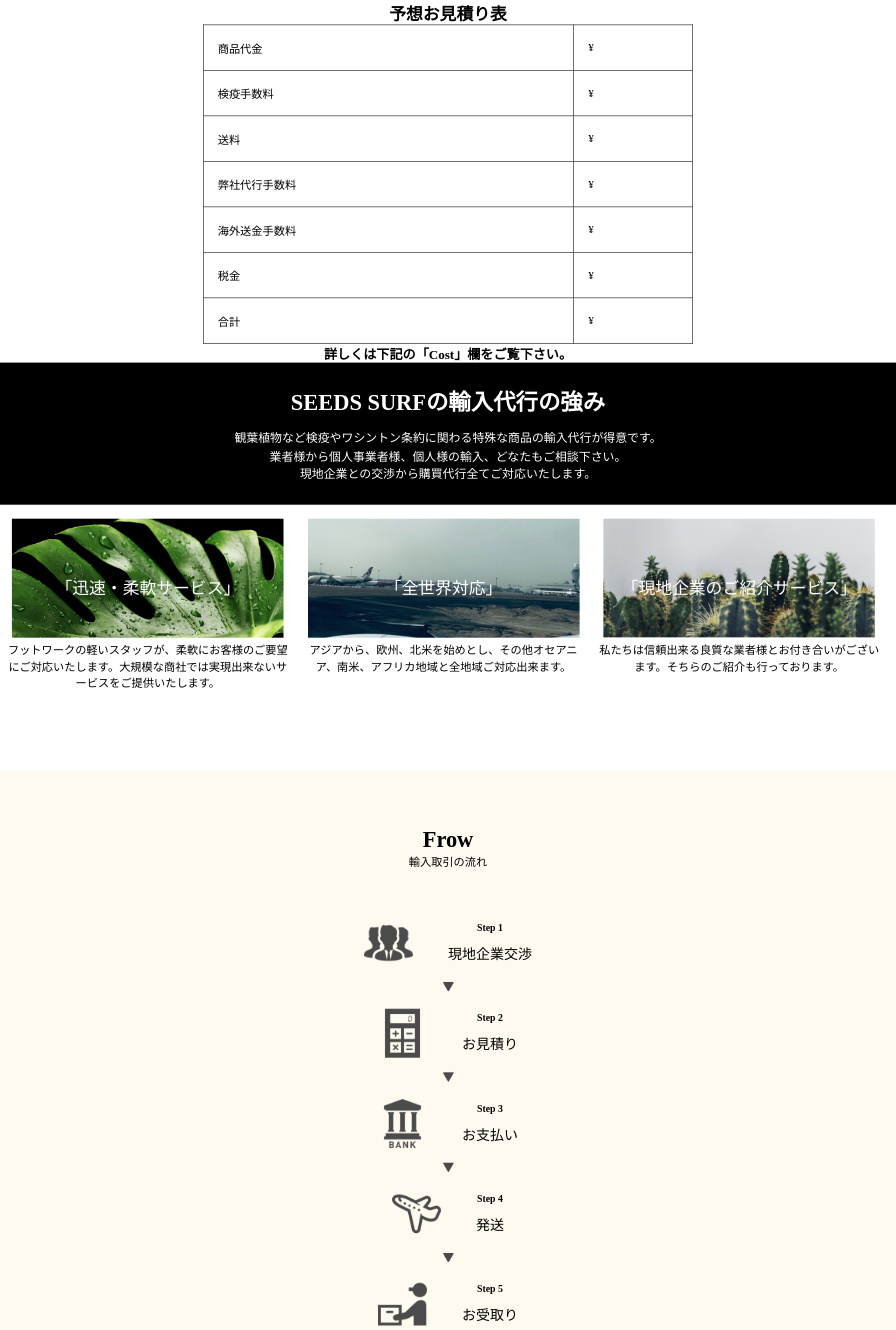
Repository: Seiya00002/seeds-surf-lp
Page: index.html
An editor plug-in stored every save of this project. The page is shown before and after the next save, followed by the edit.
The browser window is 1280 px wide. The pictures show the part of the page from y = 570 to 2470 px (the page is 4611 px tall before and 4093 px after), at 70% of full size.

Above is the page before, as saved 2023-07-15 09:25:07.

### index.html
<!DOCTYPE html>
<html lang="ja">
<head>
    <meta charset="UTF-8">
    <meta http-equiv="X-UA-Compatible" content="IE=edge">
    <meta name="viewport" content="width=device-width, initial-scale=1.0">
    <title>輸入代行SEEDS SURF</title>
    <link rel="stylesheet" href="css/style.css">
</head>
<body>
    <header>
        <div class="header_left">
            <img src="img/sslogo.jpg"
                alt="logo"
                width="40"
                height="40"
                class="logo">
            <h1>輸入代行サービス</h1>

        </div>
        <div class="header_right">
            <img src="img/tel_logo.png"
                alt="tel_logo"
                width="35"
                height="35"
                class="tel_logo">
            <div class="header_contact">
                <h2>090-3048-2693</h2>
                <p>（平日9:00 ~ 18:00）</p>
            </div>
        </div>
    </header>

    <main>
        <div class="top_wrapper">
            <div class="container">
                <div class="hero_message">
                    <div class="calculation-app">
                        <h2>お見積り計算シュミレーション</h2>

                            <p>仕入れ先の地域を選択して下さい。</p>
                            <form name="form1">
                                <select name="place">
                                    <option value="1.2">北米</option>
                                    <option value="1.2">ヨーロッパ</option>
                                    <option value="1">アジア</option>
                                </select>
                            </form>

                            <p>箱のサイズの予想を選択して下さい。</p>
                            <form name="form2">
                                <select name="box">
                                    <option value="18350">15kg</option>
                                    <option value="13350">10kg</option>
                                    <option value="8150">5kg</option>
                                </select>
                            </form>
                            <p>およその商品代金を入力して下さい。</p>
                            <label>￥</label><input
                            type="text"
                            id="price"
                            value=""
                            placeholder="200,000"
                            maxlength="7"
                            size="10"
                            ></label>

                            <br>
                            <br>
                            <input type="button" id="button" value="計算Go!!" />

                    </div>
                </div>
            </div>
        </div>


        <!-- お見積り表 -->
    <div class="estimate_wrapper">
        <div class="container">
            <h2>予想お見積り表</h2>
            <table align="center">
                <tr>
                    <td>商品代金</td>
                    <td>¥<span id="span2"></span></td>
                </tr>
                <tr>
                    <td>検疫手数料</td>
                    <td>¥<span id="span3"></span></td>
                </tr>
                <tr>
                    <td>送料</td>
                    <td>¥<span id="span4"></span></td>
                </tr>
                <tr>
                    <td>弊社代行手数料</td>
                    <td>¥<span id="span5"></span></td>
                </tr>
                <tr>
                    <td>海外送金手数料</td>
                    <td>¥<span id="span6"></span></td>
                </tr>
                <tr>
                    <td>税金</td>
                    <td>¥<span id="span7"></span></td>
                </tr>
                <tr>
                  <td>合計</td>
                  <td>¥<span id="span1"></span></td>
              </tr>
            </table>
            <h3>詳しくは下記の「Cost」欄をご覧下さい。</h3>
        </div>
    </div>






        <div class="top_message">
            <div class="container">
                <div class="message">
                    <h1>SEEDS SURFの輸入代行の強み</h1>
                    <p>観葉植物など検疫やワシントン条約に関わる特殊な商品の輸入代行が得意です。<br>業者様から個人事業者様、個人様の輸入、どなたもご相談下さい。<br>現地企業との交渉から購買代行全てご対応いたします。</p>

                </div>
            </div>
        </div>
        <div class="project_wrapper">
            <div class="container">
                <div class="projects">
                    <div class="project">
                        <div class="project_icon">
                            <img src="img/project_imag1.jpg">
                            <h2>「迅速・柔軟サービス」</h2>
                        </div>
                        <p class="text_contents">フットワークの軽いスタッフが、柔軟にお客様のご要望にご対応いたします。大規模な商社では実現出来ないサービスをご提供いたします。</p>

                    </div>
                    <div class="project">
                        <div class="project_icon">
                            <img src="img/pro_airport.jpg">
                            <h2>「全世界対応」</h2>
                        </div>
                        <p class="text_contents">アジアから、欧州、北米を始めとし、その他オセアニア、南米、アフリカ地域と全地域ご対応出来ます。</p>

                    </div>
                    <div class="project">
                        <div class="project_icon">
                            <img src="img/project_img3.jpg">
                            <h2>「現地企業のご紹介サービス」</h2>
                        </div>
                        <p class="text_contents">私たちは信頼出来る良質な業者様とお付き合いがございます。そちらのご紹介も行っております。</p>
                    </div>
                        <div class="clear"></div>

                </div>
            </div>
        </div>
        <div class="service_wrapper">
            <div class="container">
                <div class="service_heading">
                    <h1>Frow</h1>
                    <p>輸入取引の流れ</p>
                </div>
                <div class="step">
                    <img src="img/person_img.png"
                    class="step_icon">
                    <div class="step_cont">
                        <h2>Step 1</h2>
                        <p>現地企業交渉</p>
                    </div>
                </div>
                <img src="img/down_img.png" class="step_icon2">

                <div class="step">
                    <img src="img/cal_img.png"
                    class="step_icon">
                    <div class="step_cont">
                        <h2>Step 2</h2>
                        <p>お見積り</p>
                    </div>
                </div>
                <img src="img/down_img.png" class="step_icon2">

                <div class="step">
                    <img src="img/bank_img.png"
                    class="step_icon">
                    <div class="step_cont">
                        <h2>Step 3</h2>
                        <p>お支払い</p>
                    </div>
                </div>
                <img src="img/down_img.png" class="step_icon2">
                <div class="step">
                    <img src="img/airp_imag.png"
                    class="step_icon">
                    <div class="step_cont">
                        <h2>Step 4</h2>
                        <p>発送</p>
                    </div>
                </div>
                <img src="img/down_img.png" class="step_icon2">
                <div class="step">
                    <img src="img/drivery_img.png"
                    class="step_icon">
                    <div class="step_cont">
                        <h2>Step 5</h2>
                        <p>お受取り</p>
                    </div>
                </div>
            </div>
        </div>

        <div class="slide_wrapper">
            <div id="slide" class="slideshow">
                <p class="disc">SEEDS SURF</p>
                <a class="arrow next" id="right" href="#"></a>
                <a class="arrow back" id="left" href="#"></a>
            </div>




        </div>
        <div class="cost_wrapper">
            <div class="container">
                <div class="cost_heading">
                    <h1>Cost</h1>
                    <p>料金について</p>
                </div>
                <div class="cost_cont">
                    <div class="list01">
                        <p>商品代金</p>
                    </div>
                    <div class="list01">
                        <p>検疫手数料</p>
                    </div>
                    <div class="list01">
                        <p>輸送費用</p>
                    </div>
                    <div class="list02">
                        <p>税金</p>
                    </div>
                    <div class="list02">
                        <p>振込手数料</p>
                    </div>
                    <div class="list02">
                        <p>輸入代行手数料</p>
                    </div>
                    <!-- <div class="clear"></div> -->
                </div>
                <div class="cost_message">
                    <h1>総額を確認してから、ご依頼をお決めいただけます。</h1>
                    <p>SEEDS SURFでの過去の取引よりお見積り例をご案内できますので、まずはお気軽にご相談下さい。</p>
                </div>
            </div>
        </div>
        <div class="contact_wrapper">
            <div class="container">
                <h1>ご不明な点はありますか？</h1>
                <p>些細なことでも構いません。<br>サービスについてご不明点があれば、まずはお問い合わせください。</p>
                <a href="https://seeds-surf.com/%e3%81%8a%e5%95%8f%e3%81%84%e5%90%88%e3%82%8f%e3%81%9b/" class="btn contact">お問い合わせはこちら</a>
                <h2>090-3048-2693</h2>
                <p>平日10：00〜19：00<br>上記時間外はメールフォームよりお問い合わせ下さい。</p>
            </div>
        </div>
        <div class="company_wrapper">
            <div class="container">
                <h1>Company</h1>
                <p>会社概要</p>
                <table align="center">
                    <tr>
                        <td>会社名</td>
                        <td>SEEDS SURF</td>
                    </tr>
                    <tr>
                        <td>所在地</td>
                        <td>〒168-0074 東京都杉並区上高井戸3-1-24</td>
                    </tr>
                    <tr>
                        <td>電話番号</td>
                        <td>090-3048-2693</td>
                    </tr>
                    <tr>
                        <td>代表者</td>
                        <td>松本　聖矢</td>
                    </tr>
                    <tr>
                        <td>設立</td>
                        <td>2021年3月</td>
                    </tr>
                </table>
            </div>
        </div>


    </main>

    <footer>
        <div class="container">
            <div class="container">
                <img src="img/sslogo.jpg"
                    alt="logo"
                    width="40"
                    height="40"
                    class="logo">
                <h1>SEEDS SURF</h1>
                <p>〒168-0074 東京都杉並区上高井戸3-1-24<br>090-3048-2693</p>
                <hr color="gray">
                <small>(c) SEEDS SURF All right reserved</small>
            </div>
        </div>
    </footer>

    <script src="./app.js"></script>
</body>
</html>

### css/style.css
/* all */
*{
    box-sizing: border-box;
    margin: 0;
    padding: 0;
}

h1 {
    font-family: 'Times New Roman', Times, serif;

}

h2 ,h3 ,p {
    font-family: 'Hiragino Sans';

}
/* header */

header {
    height: 70px;
    display: flex;
    align-items: center;

}

.header_left {
    display: flex;
}

.header_right {
    display: flex;
    margin: 0 0 0 auto;
}

.logo {
    margin: 10px 10px;
}

.tel_logo {
    margin: 20px 10px;
}

header h1 {
    font-size: 19px;
    padding: 18px 10px;
}

header h2 {
    font-size: 21px;
    padding: 15px 10px 0 0;
}

header p {
    padding-bottom: 10px;
}
.container {
    text-align: center;
    width: 100%;
}

/* main */

.top_wrapper {
    background-image: url(../img/top_img.jpeg);
    color: white;
    background-size: cover;
    width: 100%;
    height: auto;
}

.hero_message {
    font-size: 15px;
    color: black;
    height: 500px;
    min-width:100%;
    font-weight: bold;
    display: flex;
    justify-content: center;
    align-items: center;
    line-height: 2.5em;
    background: rgb(255, 255, 255,0.4);
}

.top_message {
    background-color: black;
    color: white;
    padding: 30px 0;
}

.top_message p {
    padding-top: 20px;
    font-size: 17px;
    line-height: 1.6rem;
}

.project_wrapper {
    margin-bottom: 80px;
}

.project {
    float: left;
    width: 33%;
    padding: 20px 10px 20px 10px;
    height: 300px;

}

.project_icon {
    position: relative;

}

.project_icon h2 {
    position: absolute;
    top: 80px;
    width: 100%;
    color: white;
    font-weight: normal;

}


@media (max-width: 1000px) {
    .project {
        width: 50%;
    }
}

@media (max-width: 670px) {
    .project {
        width: 100%;
    }
}

.clear {
    clear: left;
}

.service_wrapper {
    background-color: #fffaf0;
    padding: 80px 0;
}

.service_heading {
padding-bottom: 50px;
}

.step {
    display: flex;
    justify-content: center;
    align-items: center;
    padding: 20px 0;

}

.step_cont {
    padding-left: 50px;
}

.step_icon {
    width: 70px;
    height: 70px;

}

.step_icon2 {
    width: 15px;
    height: 15px;

}

.step h2 {
    font-size: 14px;
}

.step p {
    font-size: 20px;
    padding-top: 13px;
}

.cost_wrapper {
    padding: 80px 0;
}

.cost_cont {
    padding-top: 50px;
    width: 650px;
    margin: 0 auto;
    flex-wrap: wrap;
    display: flex;

}


.list01 {
    background-color: black;
    width: 180px;
    height: 50px;
    color: white;
    margin: 20px 15px;
    justify-content: center;
    padding-top: 12px;

}

.list02 {
    background-color: black;
    width: 180px;
    height: 50px;
    color: white;
    margin: 20px 15px;
    justify-content: center;
    padding-top: 12px;


}

@media (max-width: 670px) {
    .cost_cont h2 {
        width: 50%;
    }
}

.contact_wrapper {
    background-image: url(../img/sky&office_img.jpeg);
    padding: 80px 0;
    background-size: cover;
    text-shadow: 6px 6px 10px white, -6px -6px 10px white;


}

.contact_wrapper p {
    padding-bottom: 15px;
}

.btn {
    padding: 10px 10px;
    background-color: wheat;
    color: black;
    text-decoration: none;

}

.contact_wrapper h2 {
    padding-top: 15px;
}

.company_wrapper {
    padding: 80px 0;
    background-color: #fffaf0;

}

.company_wrapper p {
    padding-bottom: 20px;
}

table {
    border-collapse: collapse;
    width: 700px;
    background-color: white;
    margin: auto;
}

th, td {
    border: solid 1px #333;
    padding: 20px;
    text-align: left;
}



/* footer */

footer {
    background-color: black;
    color: gray;
    padding-bottom: 10px;

}

footer h1 {
    font-size: 17px;
}

footer p {
    font-size: 12px;
    padding-bottom: 10px;
}
small {
    font-size: 7px;

}


/* slideshow 追加 */
.slide_wrapper{
    max-width: 100%;
    height: 400px;
    margin: auto;

}
/*画像配置*/
.slideshow{
    max-width: 100%;
    height: 100%;
    background-image: url(../img/import-img1.jpg);
    background-repeat: no-repeat;
    background-size: cover;
    background-position: 0% 50%;/*左 中央のよせ*/
}
/*文字*/
.disc{
    margin: auto;
    text-align: center;
    font-size: 3em;
    color: #ffffff;
    font-weight: 800;
    padding-top:5%;
}
/*>*/
.next{
    float: right;
    top: 0px;
    right: 50px;
}
/*<*/
.back{
    float: left;
    bottom: 0px;
    left: 30px;
}
/*矢印のデザイン*/
.arrow{
    position: relative;
    display: inline-block;
    padding: 0 0 0 16px;
    color: #000;
    vertical-align: middle;
    text-decoration: none;
    font-size: 15px;
}
.arrow::before,
.arrow::after{
    position: absolute;
    top: 0;
    bottom: 0;
    left: 0;
    margin: auto;
    content: "";
    vertical-align: middle;
}

.next::before{
    left: 0px;
    width: 30px;
    height: 30px;
    border-top: 5px solid rgb(255, 255, 255);
    border-right: 5px solid rgb(255, 255, 255);
    -webkit-transform: rotate(45deg);
    transform: rotate(45deg);
}
.back::before{
    left: 0px;
    width: 30px;
    height: 30px;
    border-bottom: 5px solid rgb(255, 255, 255);
    border-left: 5px solid rgb(255, 255, 255);
    -webkit-transform: rotate(45deg);
    transform: rotate(45deg);
}
/* CSSアニメーションの指定 */
.slideshow{
    transition: background-image 1s ease-in;
}


@media screen and (max-width:768px) {
  .slide-pic{
    height: 250px;
  }
    .disc{
        padding-top:5%;
    }
    /*>*/
    .next{
        top: 30px;
    }
    /*<*/
    .back{
        top: 30px;
    }
}

### app.js
window.onload =
function (){

    let images = [
        'url(./img/import-img1.jpg)',
        'url(./img/import-img2.jpg)',
        'url(./img/import-img3.jpg)'
    ]

    let target = document.querySelector('#slide');
    let right = document.querySelector('#right');
    let left = document.querySelector('#left');

    // 画像カウンター表示
    let count = 0;

    function change(){
        target.style.backgroundImage = images[count];
        if( count == 2){
            count = 0;
        } else {
            count++;
        }
    }

    function goNext() {
        event.preventDefault();
        change();
    }

    function goBack() {
        event.preventDefault();
        if( count == 0){
            count = 2;
        } else {
            count--;
        } change();
    }

    right.addEventListener( 'click', goNext, false);
    left.addEventListener( 'click', goBack, false);


setInterval(change, 3000);

};

// 計算シュミレーションapp

let button = document.getElementById("button");
button.onclick = clickBtn1;

function clickBtn1(){

    const place = document.form1.place;
    const box = document.form2.box;
    const price = document.getElementById('price');

    // 値(数値)を取得
    const num = place.selectedIndex;
    const boxnum = box.selectedIndex;

    // 値(数値)から値(value値)を取得
    const region = place.options[num].value;
    const boxPrice = box.options[boxnum].value;
    const plantsPriceString = price.value;
    const plantsPrice = parseInt(plantsPriceString, 10); // plantsPriceStringを数値に変換
    const boxPriceValue = parseInt(boxPrice, 10); // plantsPriceStringを数値に変換

    const phyto = 10000;
    let argent = plantsPrice * 0.2;
    let sendingMoneyNum = (plantsPrice + boxPriceValue) * 0.0073;
    let sendingMoney = Math.round(sendingMoneyNum);
    let tax = plantsPrice * 0.07;

    let estimateNum = ( region * boxPrice) + (plantsPrice *0.2) +plantsPrice;
    let plantsValue = plantsPrice.toLocaleString();
    let phytoFee = phyto.toLocaleString();
    let boxFee = boxPrice.toLocaleString();
    let argentFee = argent.toLocaleString();
    let sendingMoneyFee = sendingMoney.toLocaleString();
    let taxFee = tax.toLocaleString();
    let estimate = estimateNum.toLocaleString();

    document.getElementById("span1").textContent = estimate;
    document.getElementById("span2").textContent = plantsValue;
    document.getElementById("span3").textContent = phytoFee;
    document.getElementById("span4").textContent = boxFee;
    document.getElementById("span5").textContent = argentFee;
    document.getElementById("span6").textContent = sendingMoneyFee;
    document.getElementById("span7").textContent = taxFee;

  }

After the next save:
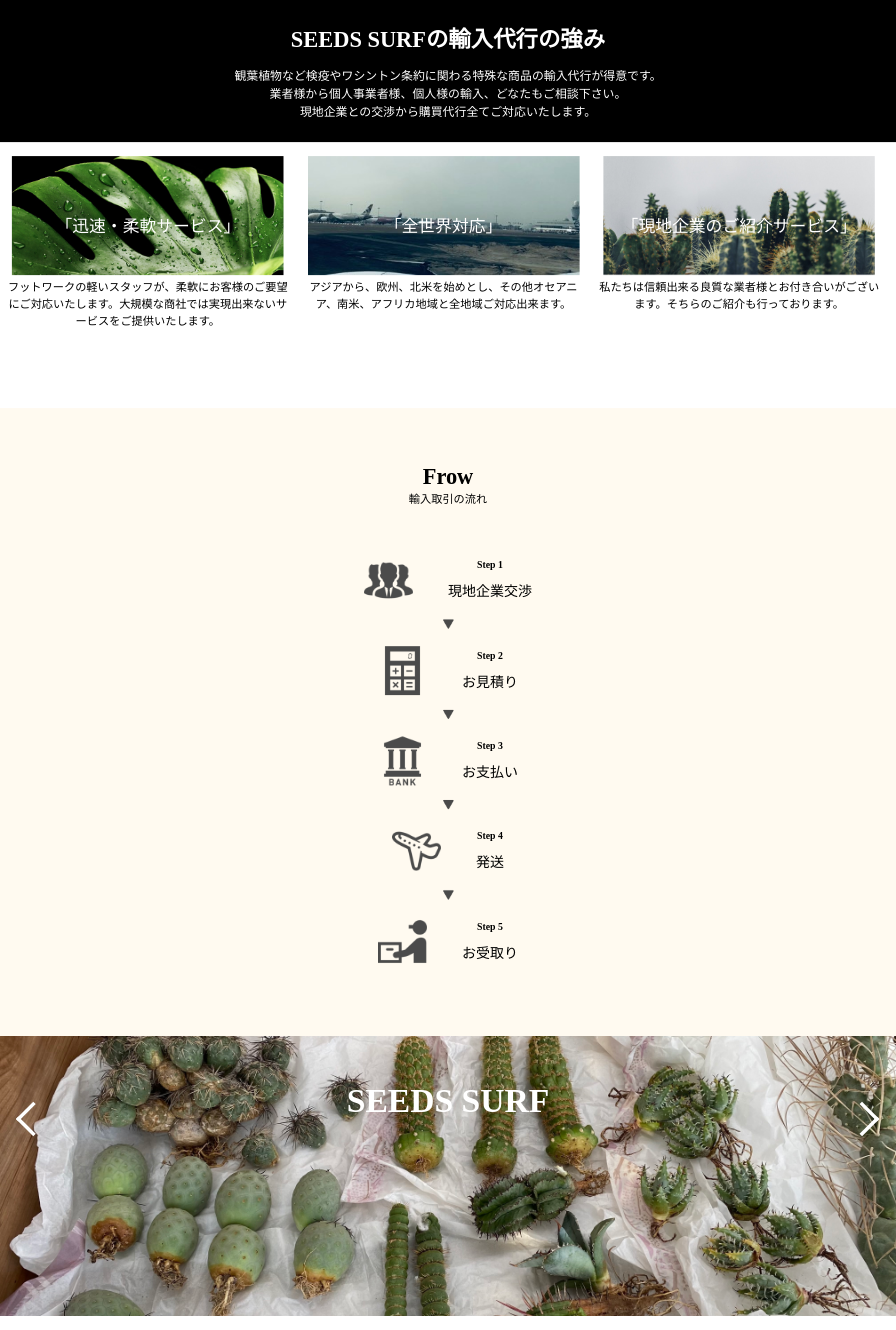
Saved 2 min 14 s later.
--- a/css/style.css
+++ b/css/style.css
@@ -376,6 +376,14 @@
 }
 
 
+/* お見積り表style */
+.estimate_wrapper {
+    display: none;
+}
+
+
+
+
 @media screen and (max-width:768px) {
   .slide-pic{
     height: 250px;

After the save that followed:
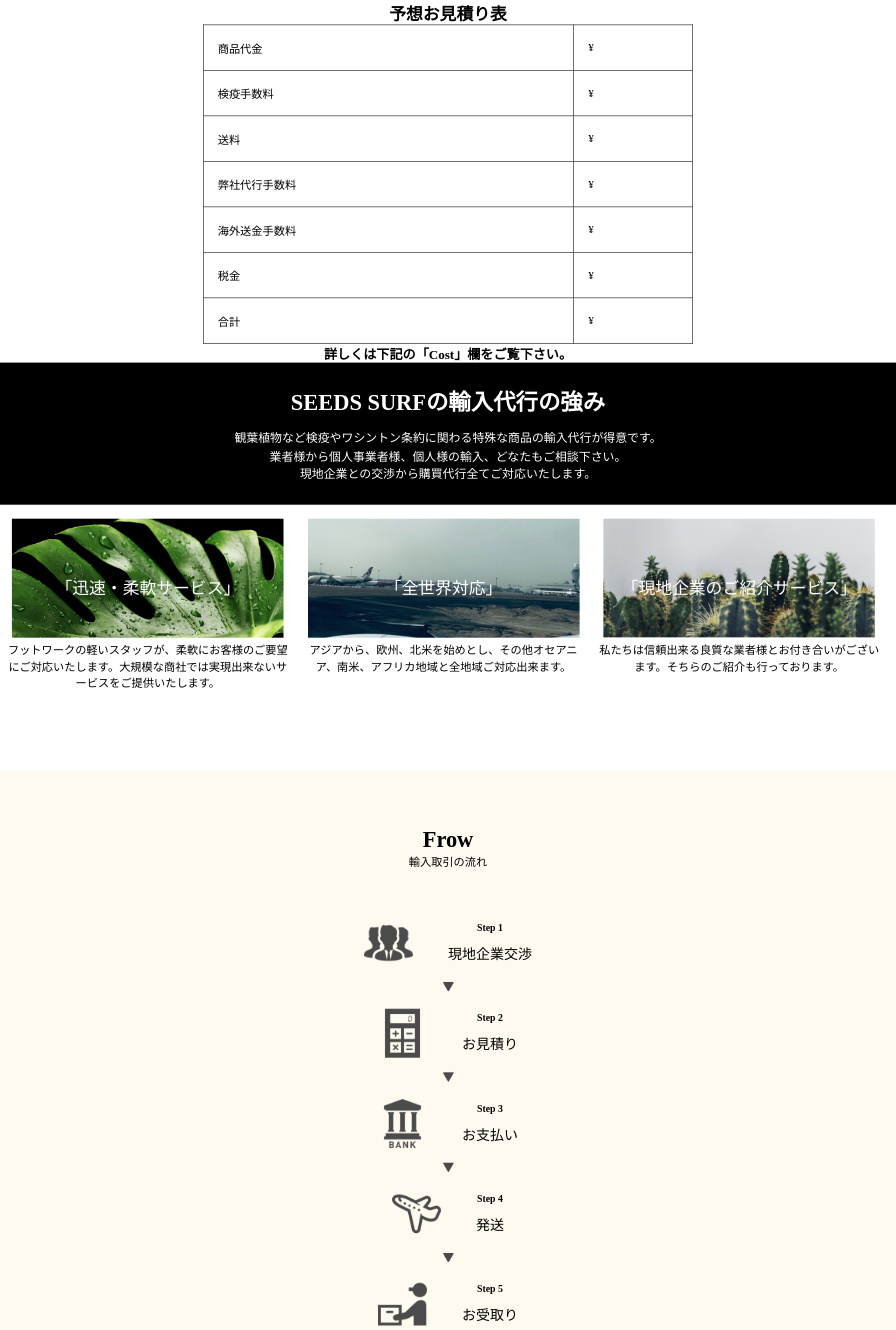
Saved 118 s later.
--- a/css/style.css
+++ b/css/style.css
@@ -376,11 +376,6 @@
 }
 
 
-/* お見積り表style */
-.estimate_wrapper {
-    display: none;
-}
-
 
 
 
